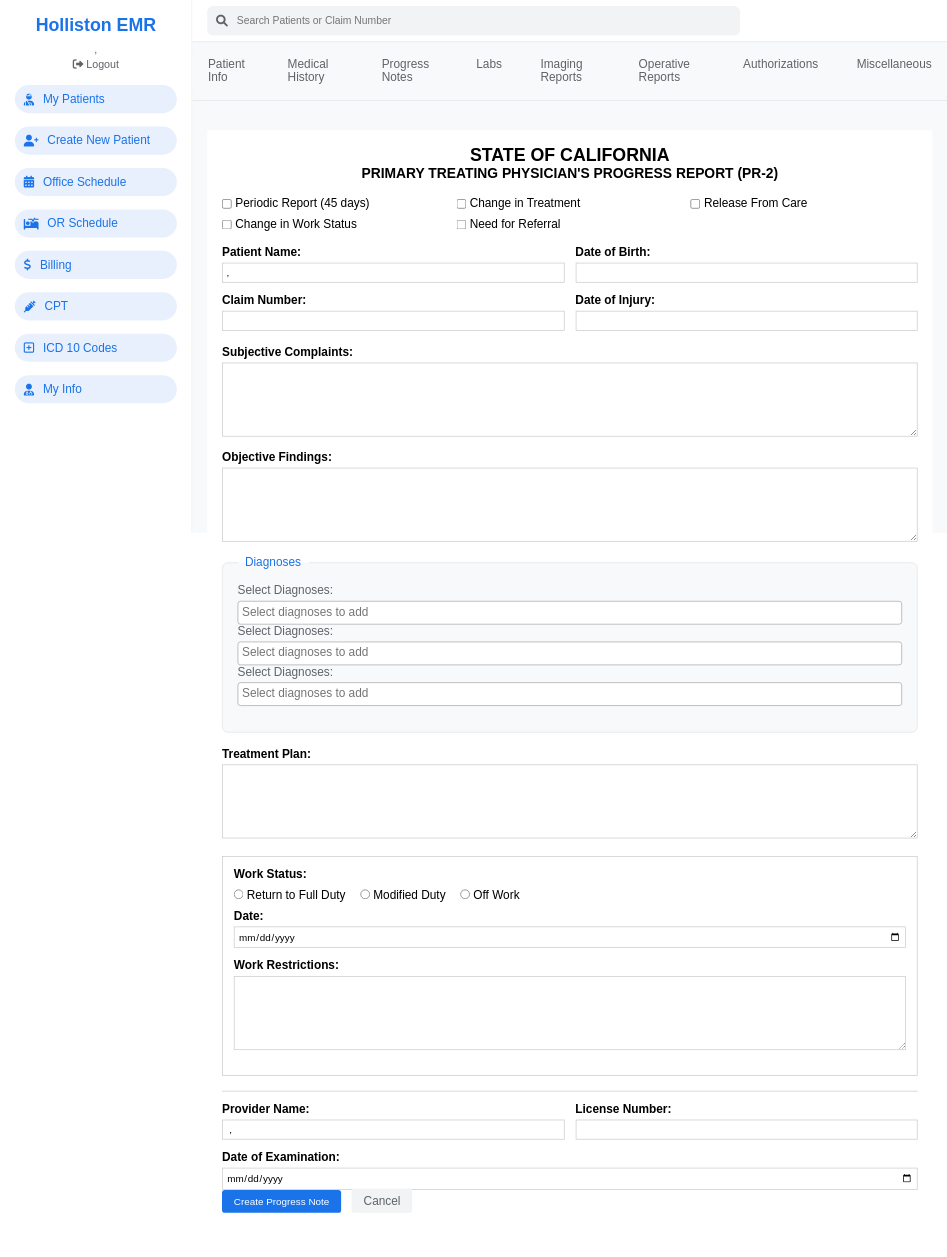
Repository: DavidG626/Flask-Project
Page: templates/create_progress_note.html
An editor plug-in stored every save of this project. The page is shown before and after a run of saves, followed by the edit.
The browser window is 1280 px wide. The pictures show the whole page, at 74% of full size.
Some web libraries are served in a nearby version. The template is drawn by Flask 3. The application's start-up code is not run. The template is opened directly, without the code that normally fills it, so the values that code supplies are empty.

Above is the page before, as saved 2025-02-10 13:00:25.

After the next 2 saves:
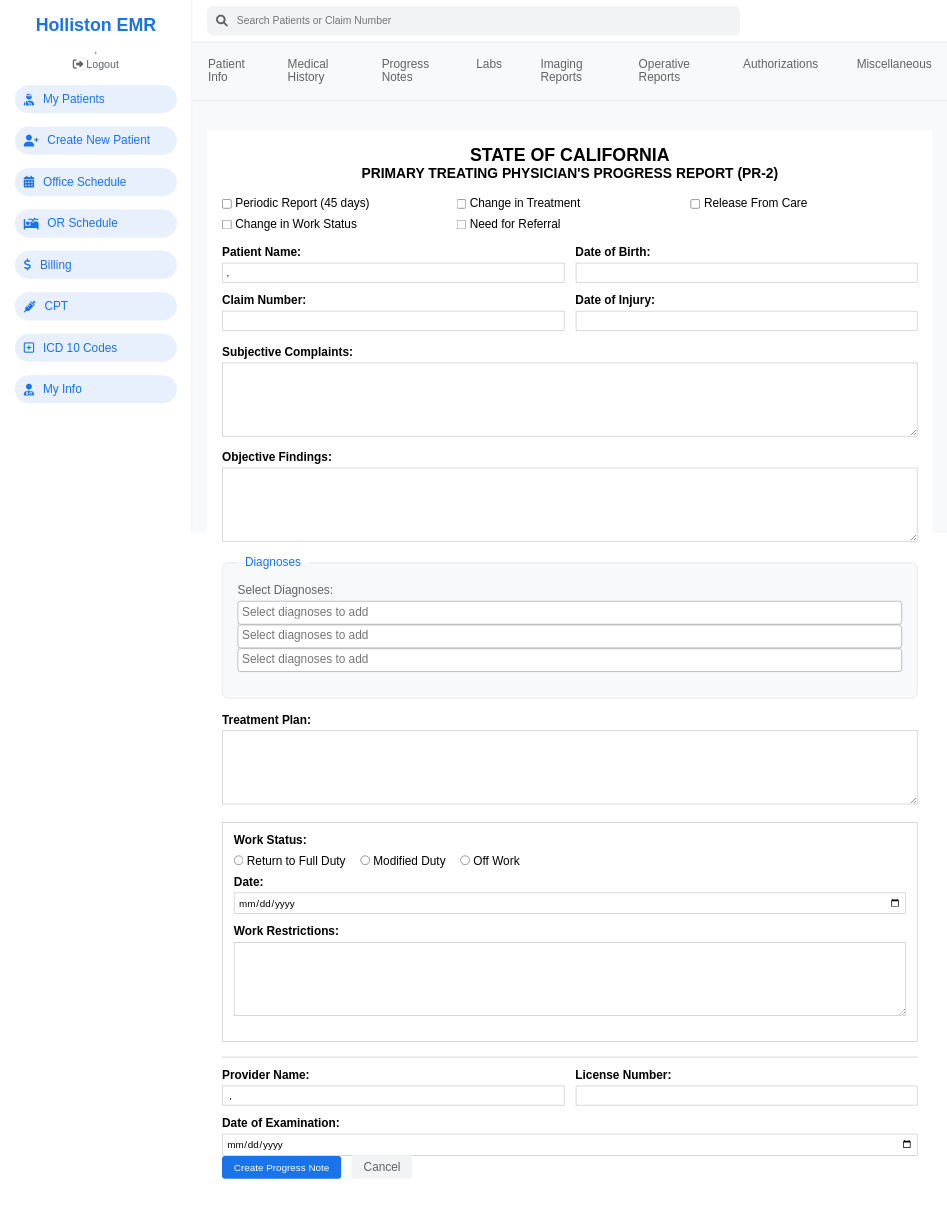
The 2 saves are shown as one change because they came seconds apart.
The last was saved 13 s later.
--- a/templates/create_progress_note.html
+++ b/templates/create_progress_note.html
@@ -178,14 +178,14 @@
                                     <option value="{{ code.id }}">{{ code.description }} ({{ code.code }})</option>
                                 {% endfor %}
                             </select>
-                            <label>Select Diagnoses:</label>
+
                             <select name="diagnoses" multiple class="form-select">
                                 <option value="">Select a diagnosis</option>
                                 {% for code in icd10_codes %}
                                     <option value="{{ code.id }}">{{ code.description }} ({{ code.code }})</option>
                                 {% endfor %}
                             </select>
-                            <label>Select Diagnoses:</label>
+
                             <select name="diagnoses" multiple class="form-select">
                                 <option value="">Select a diagnosis</option>
                                 {% for code in icd10_codes %}
